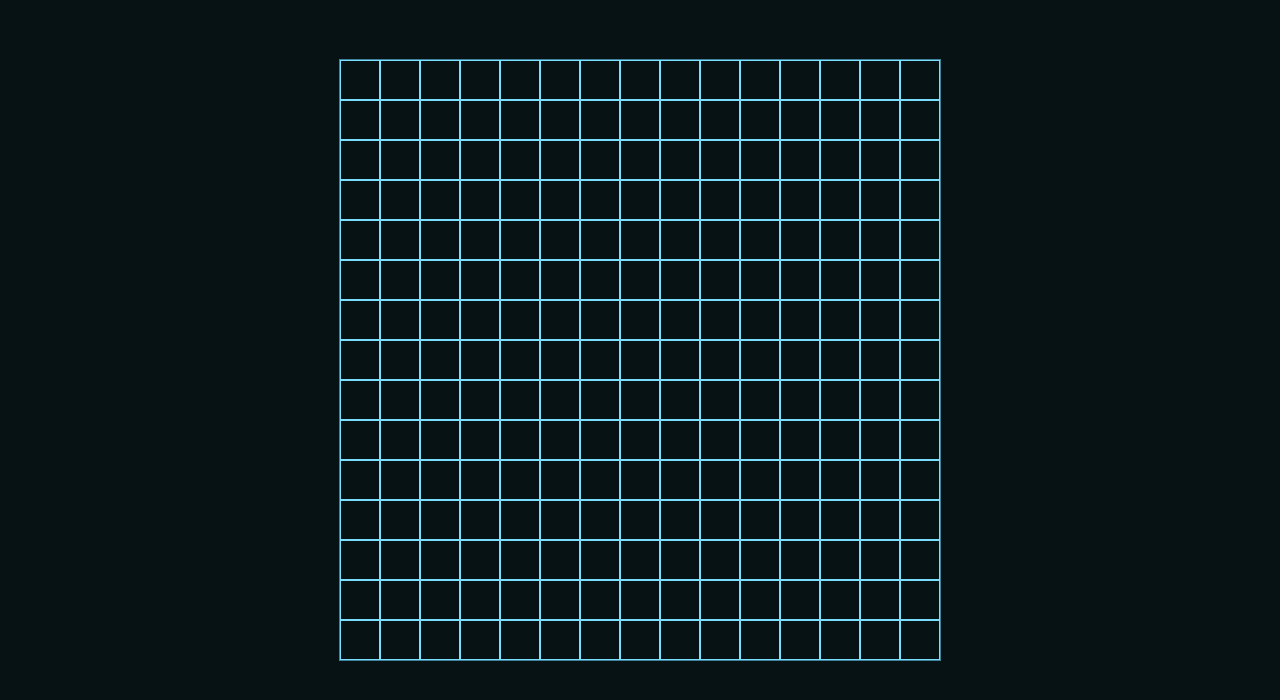
Repository: rehans-Life/linkedlist-snake-game
Page: /
The author's editor kept a copy of each file at every save. The page is drawn from the files as they stood at one save, then again after the next save.
The browser window is 1280 px wide. The pictures show the whole page.
The project was rebuilt for these pictures with package versions that can differ from the ones it lists, and the page was loaded fresh each time. The framework's server and built-in components were replaced by stand-ins that run in the browser. Also part of the build but not shown: next.config.js.

Above is the page before, as saved 2023-04-15 16:02:44.

### pages/index.js
import Head from "next/head";
import styles from "../styles/Home.module.css";
import Board from "../components/Board";

export default function Home() {
  return (
    <div className={styles.container}>
      <Head>
        <title>Linked List Snake Game</title>
        <meta name="description" content="linked list snake game" />
        <link rel="icon" href="/favicon.ico" />
      </Head>
      <Board />
    </div>
  );
}

### styles/globals.css
html,
body {
  padding: 0;
  margin: 0;
  font-family: -apple-system, BlinkMacSystemFont, Segoe UI, Roboto, Oxygen,
    Ubuntu, Cantarell, Fira Sans, Droid Sans, Helvetica Neue, sans-serif;
}

a {
  color: inherit;
  text-decoration: none;
}

* {
  box-sizing: border-box;
}

button {
  margin: 0;
  padding: 0;
}

### styles/Home.module.css
.container {
  background-color: rgb(7, 18, 21);
  height: 100vh;
  display: flex;
  align-items: center;
  justify-content: center;
}

.board {
  border: 1px solid rgb(62, 131, 154);
}

.row {
  display: flex;
  align-items: center;
  justify-content: center;
}

.cell {
  width: 40px;
  height: 40px;
  border: 1px solid rgb(123, 222, 255);
}

.snake_cell {
  background-color: green;
}

.food_cell {
  background-color: crimson;
}

### components/Board.jsx
/* eslint-disable react-hooks/exhaustive-deps */
import React, { useEffect, useState } from "react";
import styles from "../styles/Home.module.css";
import { createBoard } from "../utils";

const BOARD_SIZE = 10;

// A Class to represent each node of the linked list
class Node {
  constructor(value, row, col) {
    this.value = value;
    this.row = row;
    this.col = col;
    this.next = null;
  }
}

// A class to represent the singly linked list
class SinglyLinkedList {
  constructor(head) {
    let node = new Node(head.value, head.row, head.col);
    this.head = node;
    this.tail = node;
  }
}

const Direction = {
  UP: "UP",
  RIGHT: "RIGHT",
  DOWN: "DOWN",
  LEFT: "LEFT",
};

export default function Board() {
  const [board, setBoard] = useState(createBoard(15));

  // A set to store the values of all snake cells intially our snake will be of size
  // one cell and start from the 44th cells
  const [snakeCells, setSnakeCells] = useState(new Set([80]));

  // A linked list for our snake initally going to have only one node which
  // is at cell 44
  const [linkedlist, setLinkedList] = useState(
    new SinglyLinkedList({ value: 80, row: 5, col: 4 })
  );

  const [direction, setDirection] = useState(Direction.RIGHT);

  useEffect(() => {
    window.addEventListener("keydown", (e) => {
      handleKeyDown(e.key);
    });
    let gameStartInternal = setInterval(() => {
      setLinkedList((currLinkedList) => moveLinkedList(currLinkedList));
    }, 1000);
    return () => {
      clearInterval(gameStartInternal);
    };
  }, []);

  useEffect(() => {
    setSnakeCells((currSnakeCells) => moveSnakeCells(currSnakeCells));
  }, [linkedlist]);

  function handleKeyDown(key) {
    const direction = getDirectionFromKey(key);
    if (direction === "") return;
    setDirection(direction);
  }

  const getDirectionFromKey = (key) => {
    if (key === "ArrowUp") return Direction.UP;
    if (key === "ArrowRight") return Direction.RIGHT;
    if (key === "ArrowDown") return Direction.DOWN;
    if (key === "ArrowLeft") return Direction.LEFT;
    return "";
  };

  function moveLinkedList(originalLinkedlist) {
    let linkedList = copyLinkedList(originalLinkedlist);
    let currHead = linkedList.head;
    let newHead;

    if (direction === "LEFT")
      newHead = new Node(
        board[currHead.row][currHead.col - 1],
        currHead.row,
        currHead.col - 1
      );
    else if (direction === "RIGHT")
      newHead = new Node(
        board[currHead.row][currHead.col + 1],
        currHead.row,
        currHead.col + 1
      );
    else if (direction === "DOWN")
      newHead = new Node(
        board[currHead.row + 1][currHead.col],
        currHead.row + 1,
        currHead.col
      );
    else if (direction === "TOP")
      newHead = new Node(
        board[currHead.row - 1][currHead.col],
        currHead.row - 1,
        currHead.col
      );

    currHead.next = newHead;
    linkedList.head = newHead;
    linkedList.tail = linkedList.tail.next;
    return linkedList;
  }

  function copyLinkedList(linkedList) {
    let node = linkedList.tail;
    let newNode = new Node(node.value, node.row, node.col);
    let newTail = newNode;
    while (node.next) {
      let next = node.next;
      let newNext = new Node(next.value, next.row, next.col);
      node = next;
      newNode = newNext;
    }
    return {
      head: newNode,
      tail: newTail,
    };
  }

  function moveSnakeCells() {
    let movedSnake = [];
    let node = linkedlist.tail;

    while (!node) {
      console.log(node.value);
      movedSnake.push(node.value);
      node = node.next;
    }
    movedSnake.reverse();
    return new Set(movedSnake);
  }

  return (
    <div className={styles.board}>
      {board.map((row, i) => (
        <div key={i} className={styles.row}>
          {row.map((value, j) => (
            <div
              key={j}
              className={`${styles.cell} ${
                snakeCells.has(value) ? styles.snake_cell : ""
              }`}
            ></div>
          ))}
        </div>
      ))}
    </div>
  );
}

### utils.js
const randomIntInIntervel = (max, min) => {
  return Math.floor(Math.random() * (max - min + 1)) + min;
};

export const createBoard = (board_size) => {
  // All the cells which have a certain value assigned to them
  let board = [];
  let counter = 1;
  for (let i = 0; i < board_size; i++) {
    let row = [];
    for (let j = 0; j < board_size; j++) row.push(counter++);
    board.push(row);
  }
  return board;
};

Loaded but not shown: pages/_app.js (common file)

After the next save:
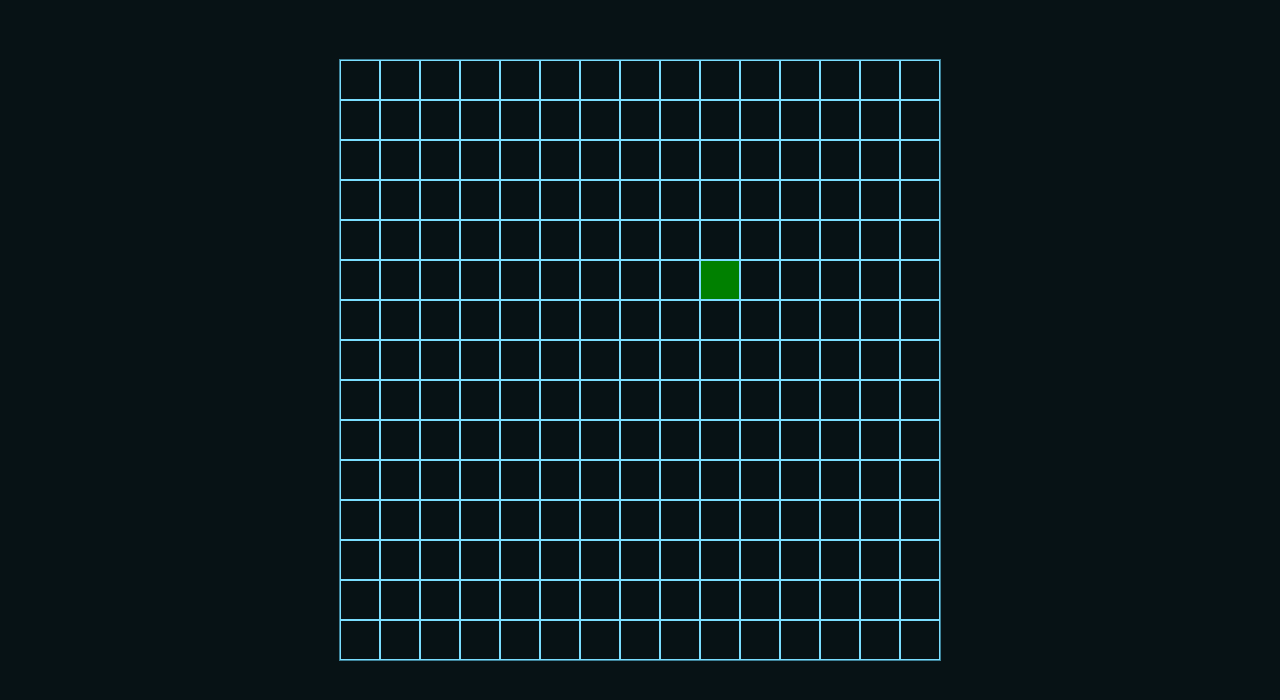
Saved 52 s later.
--- a/components/Board.jsx
+++ b/components/Board.jsx
@@ -132,7 +132,7 @@ export default function Board() {
     let movedSnake = [];
     let node = linkedlist.tail;
 
-    while (!node) {
+    while (node) {
       console.log(node.value);
       movedSnake.push(node.value);
       node = node.next;
